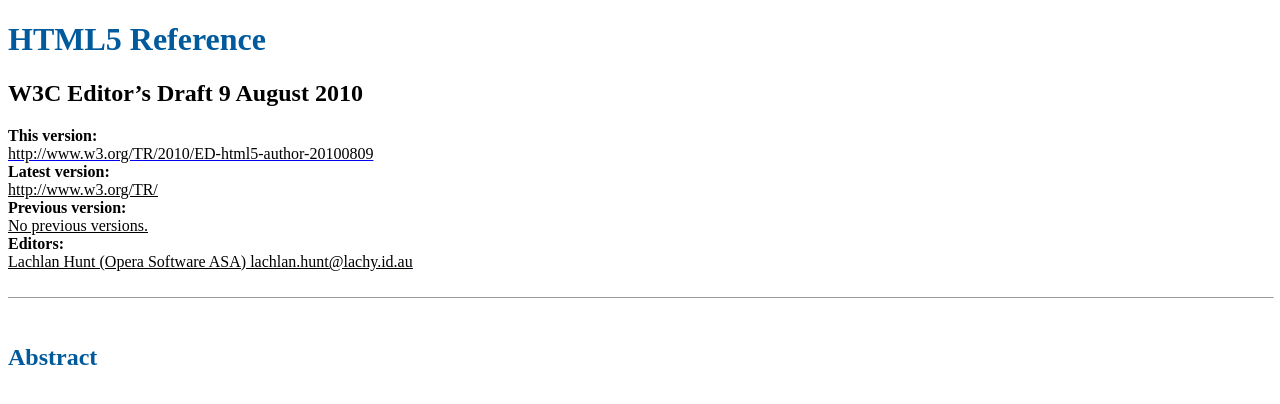
Repository: Hwang-97/HhwDesktop
Page: client/ClientTest/src/main/webapp/html/question/list/q1.html
The author's editor kept a copy of each file at every save. The page is drawn from the files as they stood at one save, then again after the next save.
The browser window is 1280 px wide. The pictures show the whole page.

Above is the page before, as saved 2021-12-09 10:50:45.

After the next save:
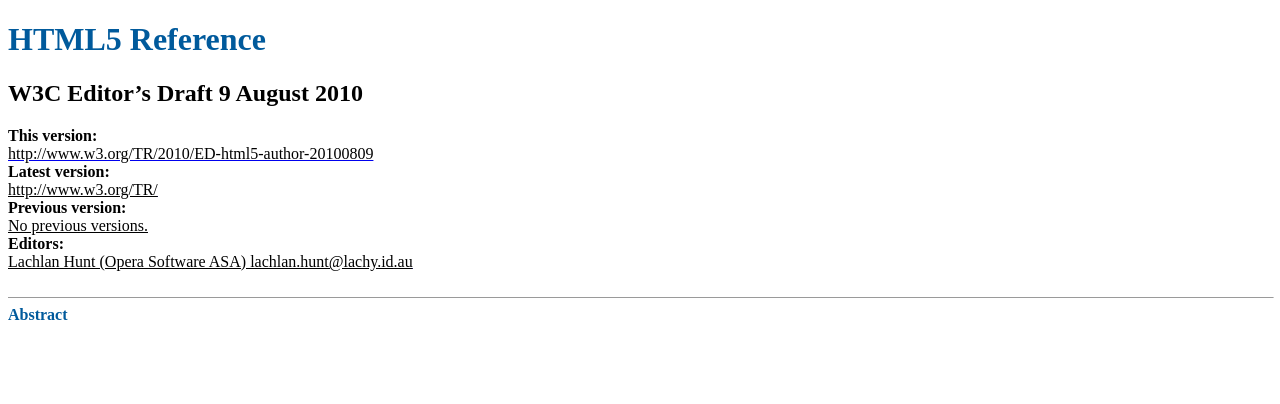
Saved 54 s later.
--- a/client/ClientTest/src/main/webapp/html/question/list/q1.html
+++ b/client/ClientTest/src/main/webapp/html/question/list/q1.html
@@ -28,9 +28,9 @@
 <font color ="000000"><u>Lachlan Hunt (Opera Software ASA) lachlan.hunt@lachy.id.au</u></font>
 </a><br><br>
 
-<hr size ="1" width="100%"><br>
+<hr size ="1" width="100%">
 
-<h2><font color = "005A9C">Abstract</font></h2><br>
+<b><font color = "005A9C">Abstract</font></b><br>
 
 </body>
 </html>
